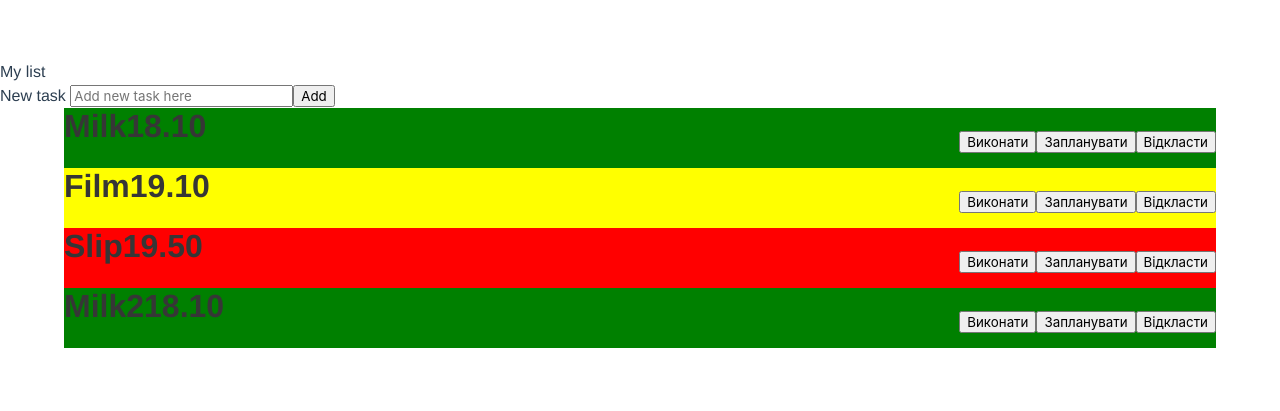
Repository: Olegche/sushi
Page: /
An editor plug-in stored every save of this project. The page is shown before and after the next save, followed by the edit.
The browser window is 1280 px wide. The pictures show the whole page.
The project was rebuilt for these pictures with package versions that can differ from the ones it lists, and the page was loaded fresh each time.

Above is the page before, as saved 2020-10-12 18:48:04.

After the next save:
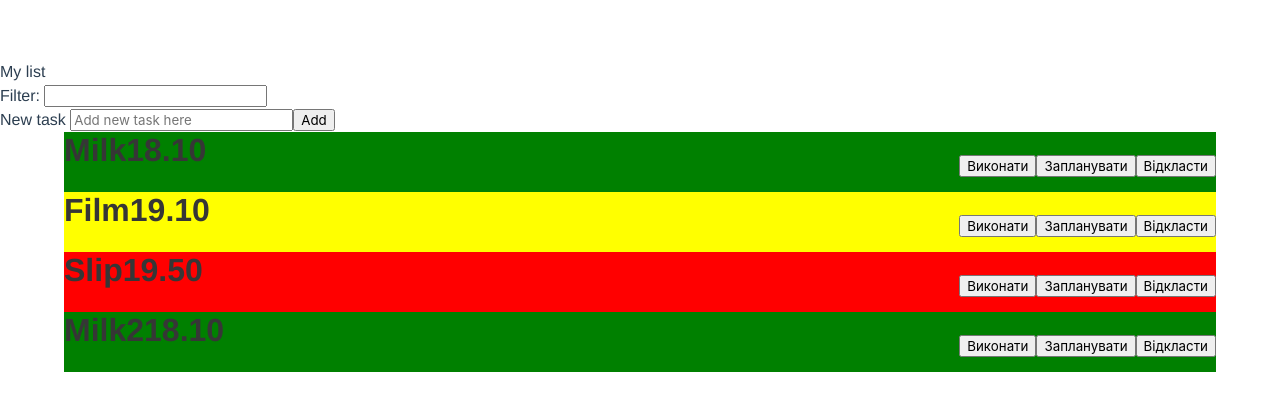
Saved 8 min 39 s later.
--- a/src/components/TodoList/index.vue
+++ b/src/components/TodoList/index.vue
@@ -2,7 +2,15 @@
     <div>
 
         <div>
-            {{title}}
+
+          <div>  {{title}}</div>
+
+          <div>
+              <label>
+                  Filter:
+                  <input type="text" v-model="seachText">
+              </label>
+          </div>
 
         </div>
         <div>
@@ -54,7 +62,8 @@
         data() {
             return {
                 data,
-                newTask:null
+                newTask:null,
+                seachText:null
             }
         },
 

After the 3 saves that followed:
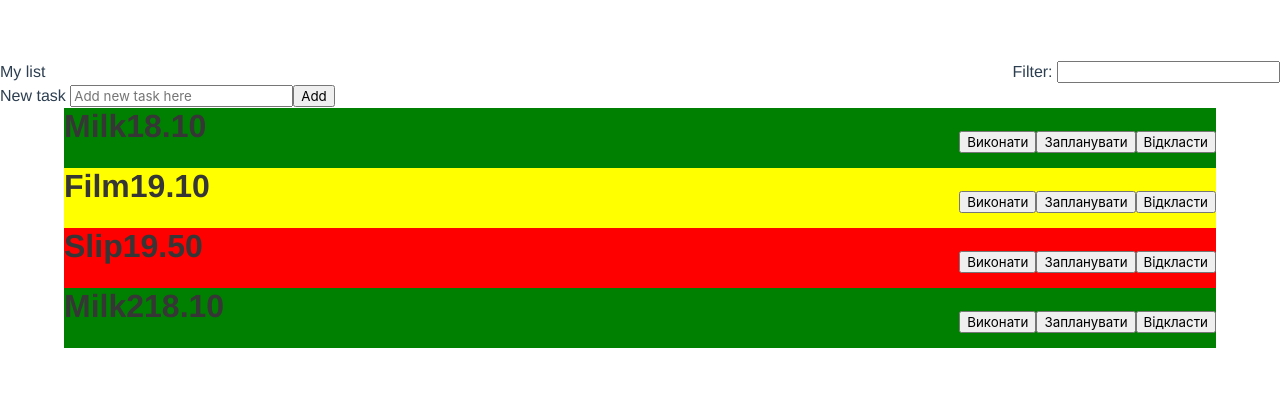
The 3 saves are shown as one change because 2 left the picture as it was.
The last was saved 5 min 21 s later.
--- a/src/components/TodoList/index.vue
+++ b/src/components/TodoList/index.vue
@@ -1,7 +1,7 @@
 <template>
     <div>
 
-        <div>
+        <div class="header">
 
           <div>  {{title}}</div>
 
@@ -67,6 +67,12 @@
             }
         },
 
+        watch: {
+            seachText(newValue, oldValue) {
+                console.log(`${newValue} - ${oldValue}`);
+            }
+        },
+
         methods: {
             onPlan(id){
                 const task=this.tasksList.find(item=>item.id===id)
@@ -96,23 +102,8 @@
 </script>
 
 <style lang="css" scoped>
-.img-container{
-    width: 100vw;
-    height: 100px;
-/* display: flex; */
-}
-.img-1{
-    width:100px;
-    /* display: flex; */
-    float: left;
-}
-.img-2{
-    width:100px;
-    /* display: flex; */
-
-    float: right;
-}
-.img{
-    width: 100px;
+.header{
+    display: flex;
+    justify-content: space-between;
 }
 </style>
